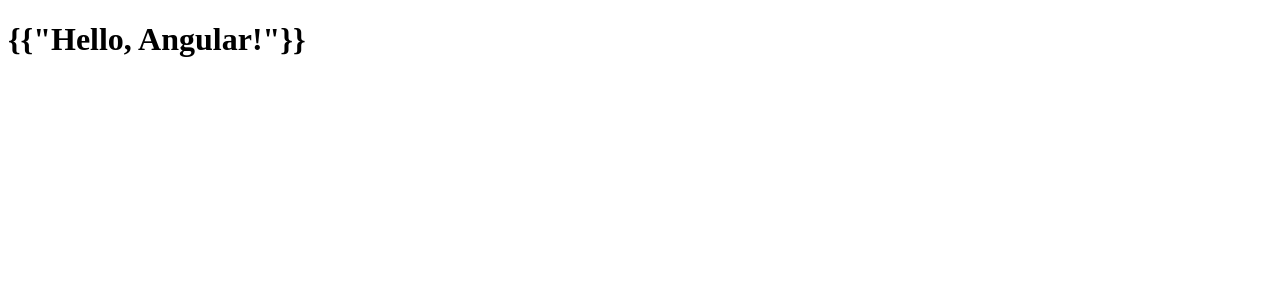
Repository: Steph84/webCodeRepos
Page: angularCodeSchool/index.html
The author's editor kept a copy of each file at every save. The page is drawn from the files as they stood at one save, then again after the next save.
The browser window is 1280 px wide. The pictures show the whole page.
Some web libraries are served in a nearby version.

Above is the page before, as saved 2017-01-23 20:31:35.
Console error: ReferenceError: angular is not defined

After the next save:
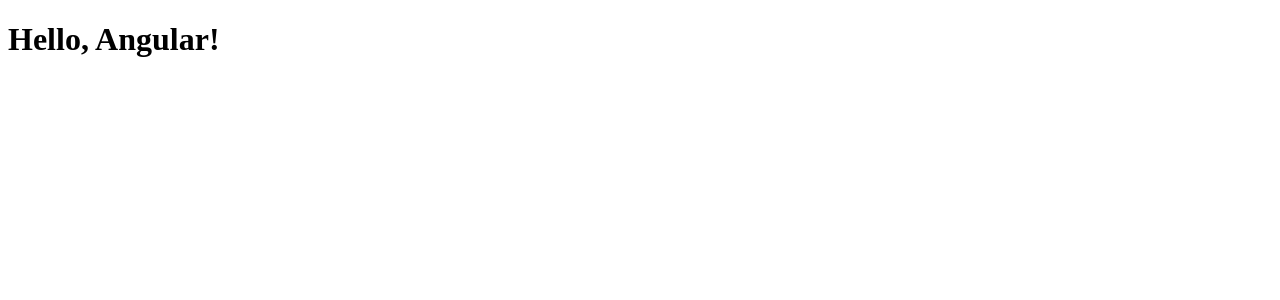
The error is gone.
Saved 94 s later.
--- a/angularCodeSchool/index.html
+++ b/angularCodeSchool/index.html
@@ -1,6 +1,7 @@
 <!DOCTYPE html>
 <html ng-app="gemStore">
   <head>
+  	<script src="https://ajax.googleapis.com/ajax/libs/angularjs/1.4.8/angular.min.js"></script>
     <script type="text/javascript" src="app.js"></script>
   </head>
   <body>
